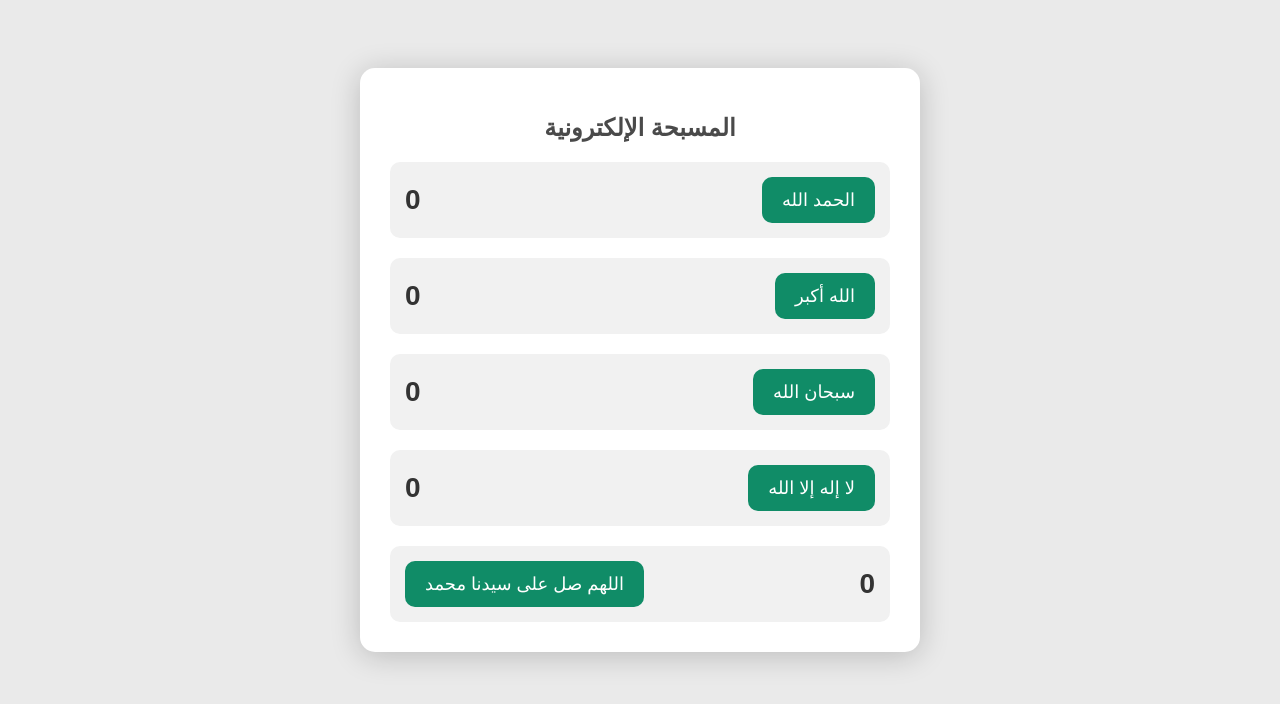
Repository: ShahdKItany/Electronic-Rosary
Page: index.html
An editor plug-in stored every save of this project. The page is shown before and after a run of saves, followed by the edit.
The browser window is 1280 px wide. The pictures show the whole page.

Above is the page before, as saved 2024-10-23 00:54:54.

After the next 2 saves:
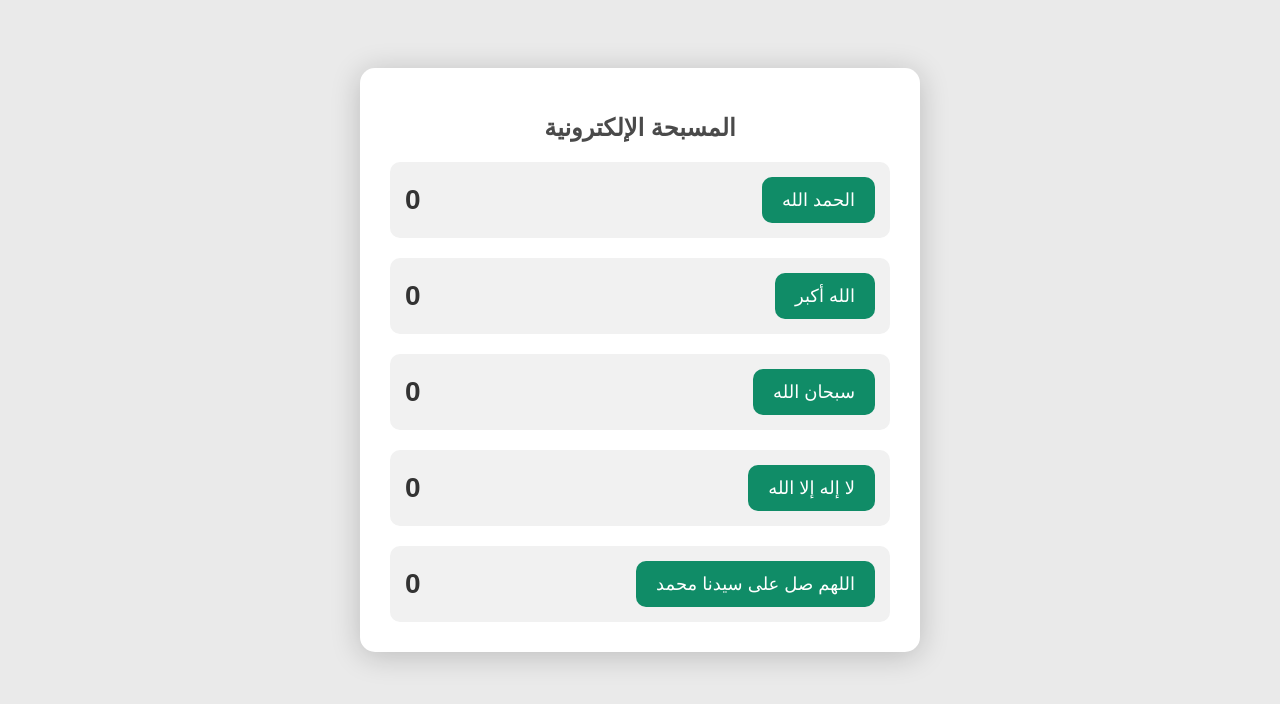
The 2 saves are shown as one change because they came seconds apart.
The last was saved 8 s later.
--- a/index.html
+++ b/index.html
@@ -28,8 +28,9 @@
 
       </div>
       <div class="button-group">
+        <span id="counter5" class="counter">0</span>
         <button id="incrementButton5">اللهم صل على سيدنا محمد</button>
-        <span id="counter5" class="counter">0</span>
+
       </div>
     </div>
   </div>
